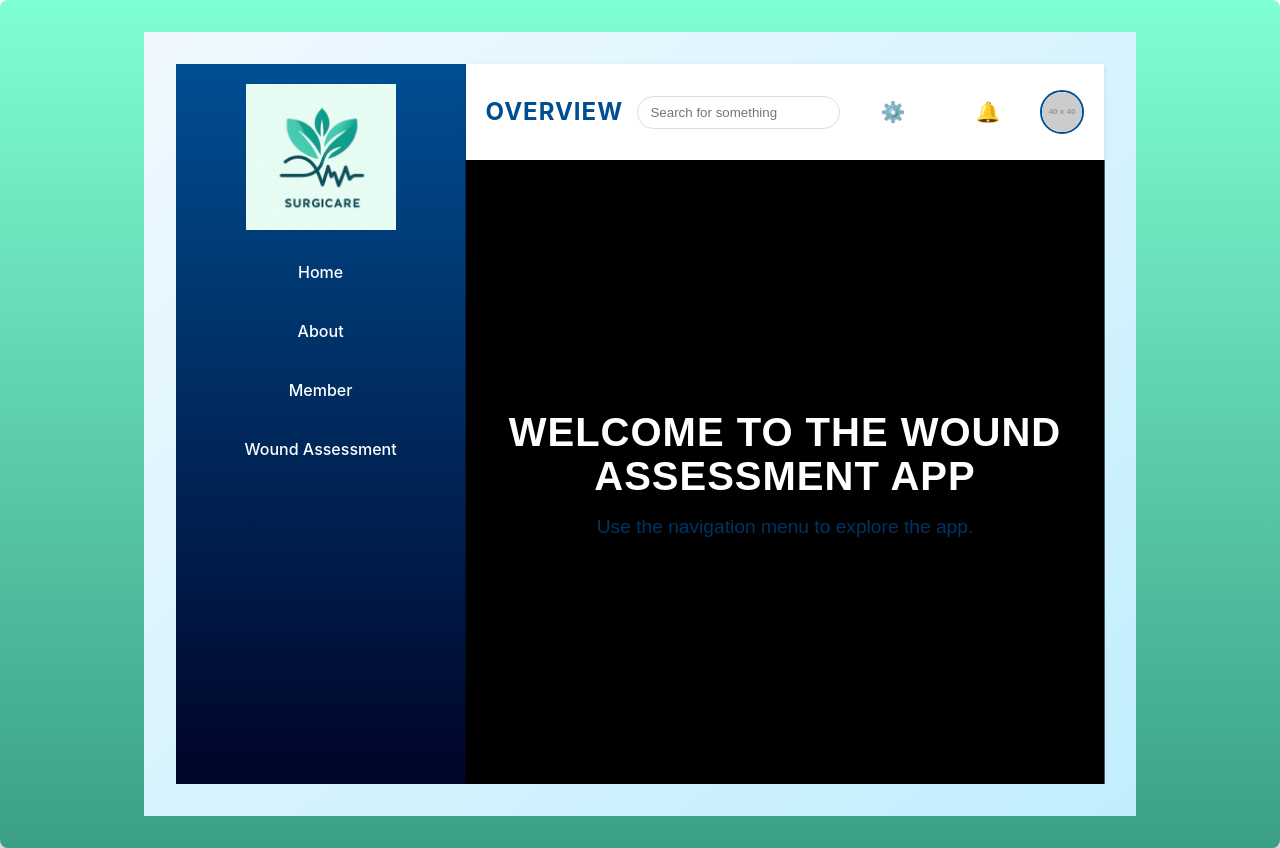
Repository: Jinwoo290350/Surgicare-Vue
Page: / (app in surgicare/)
An editor plug-in stored every save of this project. The page is shown before and after the next save, followed by the edit.
The browser window is 1280 px wide. The pictures show the whole page.
The project was rebuilt for these pictures with package versions that can differ from the ones it lists, and the page was loaded fresh each time. Also part of the build but not shown: surgicare/vite.config.js, surgicare/src/views/About.vue, surgicare/src/views/Member.vue, surgicare/src/components/WoundAssessment.vue.

Above is the page before, as saved 2024-12-30 14:04:16.
Console error: TypeError: Cannot read properties of null (reading 'getContext')

After the next save:
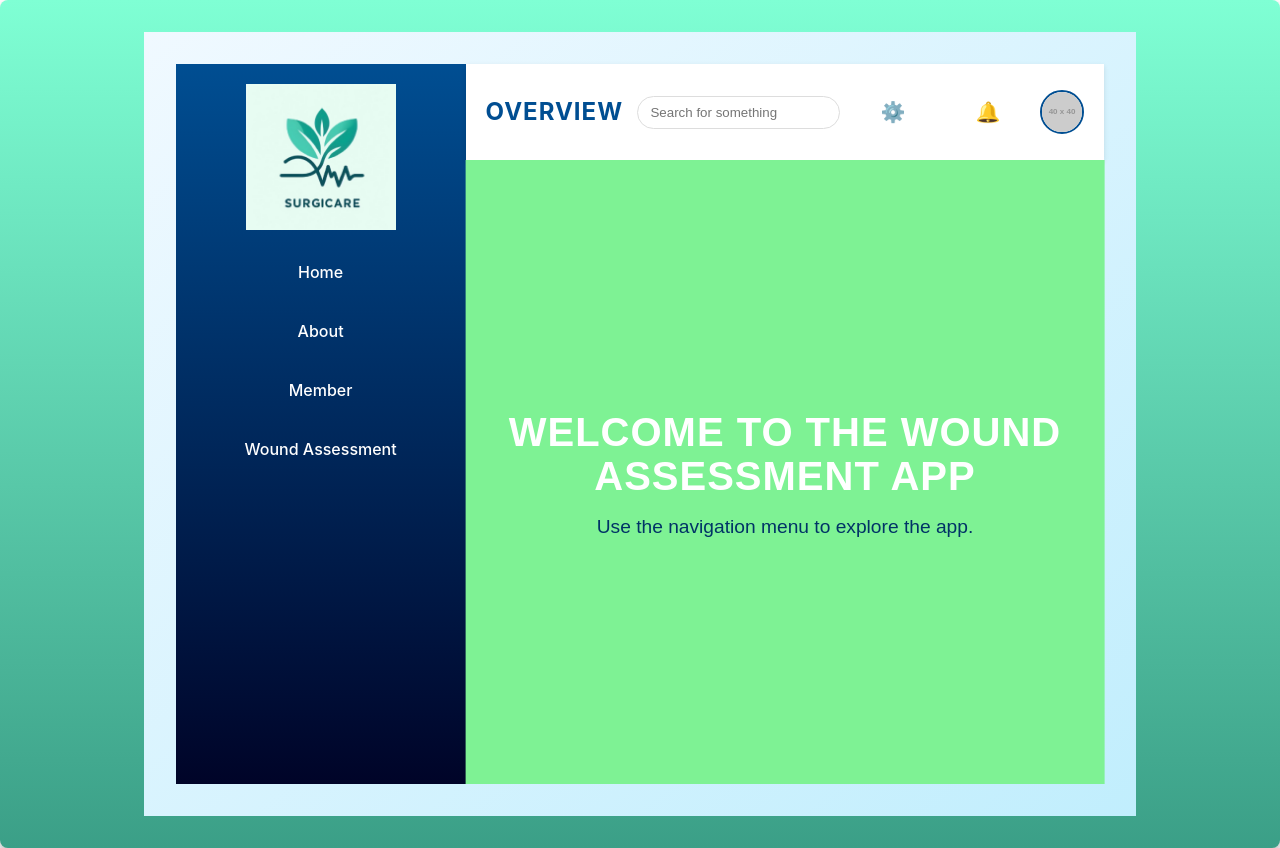
Saved 62 s later.
--- a/surgicare/src/views/Home.vue
+++ b/surgicare/src/views/Home.vue
@@ -23,7 +23,7 @@ export default {
   transform: translate(-50%, -50%); /* Center content perfectly */
   width: 100%;
   height: 100%;
-  background: linear-gradient(to bottom right, #000000, #000000);
+  background: linear-gradient(to bottom right, #7ef294, #7ef294);
   color: #003366;
   font-family: 'Arial', sans-serif;
   text-align: center;
